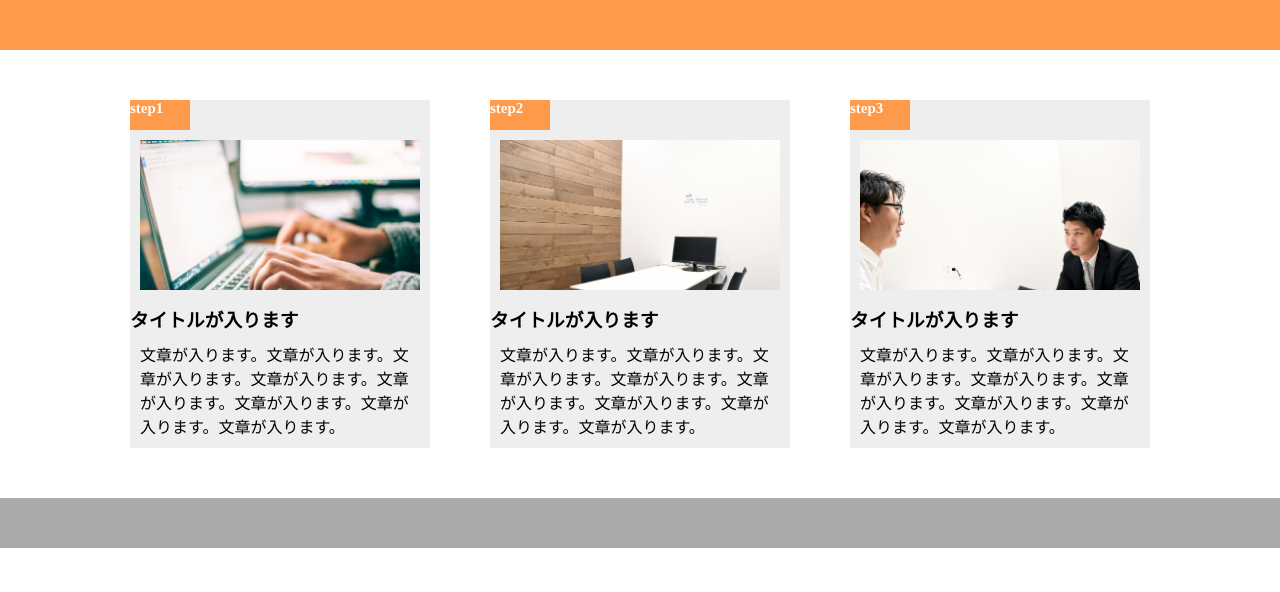
Repository: Kadaisakusei/Bookers2debug-
Page: Assignment1/main.html
The author's editor kept a record of every edit. The page is drawn from the files as they stood at one moment, then again after the next edit.
The browser window is 1280 px wide. The pictures show the whole page.

Above is the page before.

After the next edit:
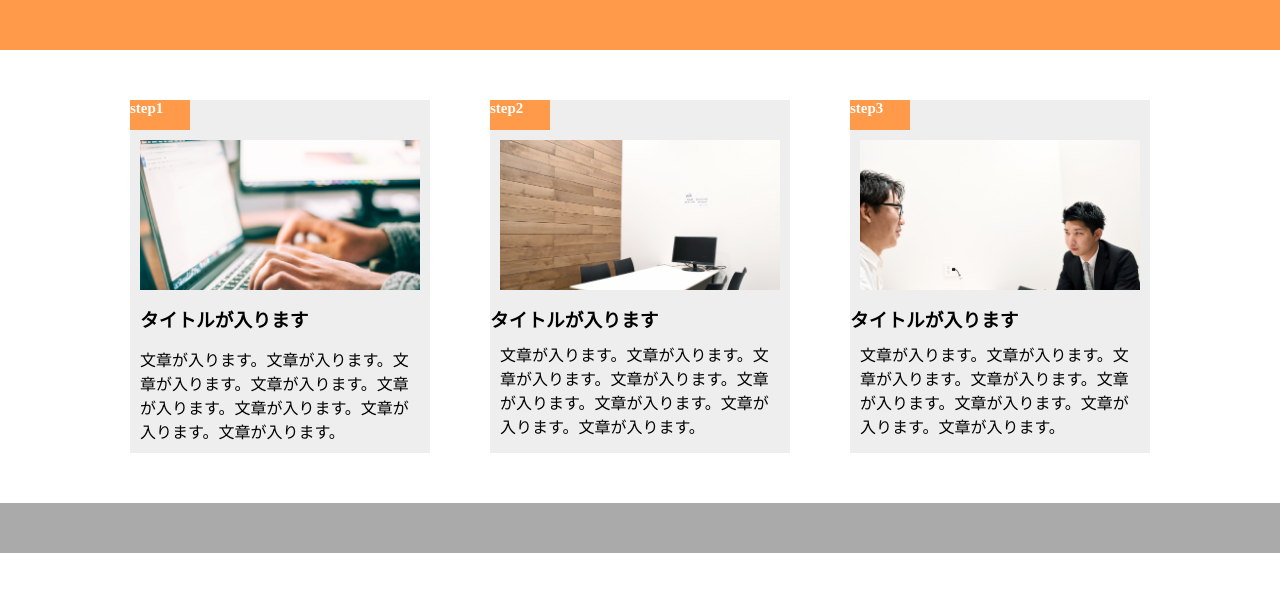
The edit:
--- a/Assignment1/main.html
+++ b/Assignment1/main.html
@@ -12,7 +12,7 @@
     <div class="contents">
       <h1 class="step">step1</h1>
         <div class="image1"></div>
-        <h3>タイトルが入ります</h3>
+        <h3 class="title">タイトルが入ります</h3>
         <div class="text">文章が入ります。文章が入ります。文章が入ります。文章が入ります。文章が入ります。文章が入ります。文章が入ります。文章が入ります。</div>
     </div>
 
